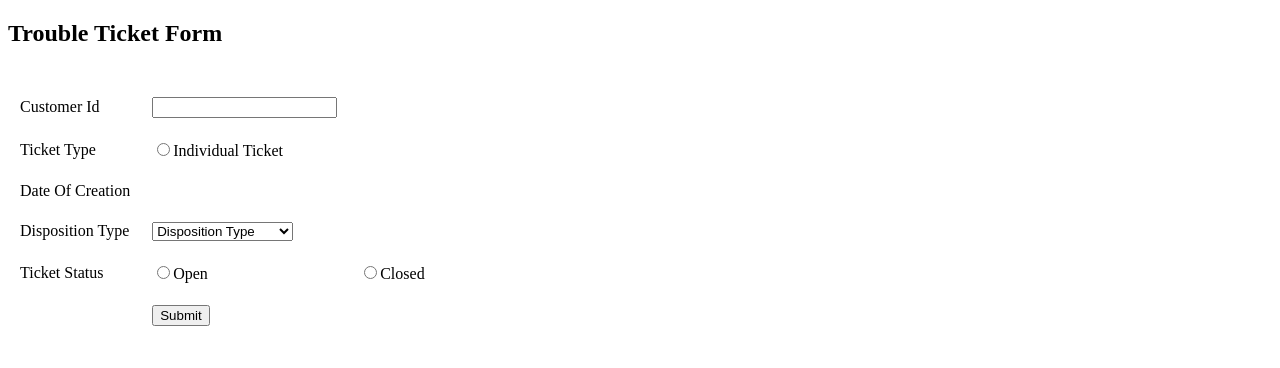
Repository: ApoorvaVeluri/JavaProject
Page: http://localhost/userinterface/Input.jsp
These files come from the project's save history. The page is drawn as it stood at one moment and after the next save; the edit follows.
The browser window is 1280 px wide. The pictures show the whole page.
The page is served by Tomcat 9.

Above is the page before, as saved 2015-08-20 11:24:28.

After the next save:
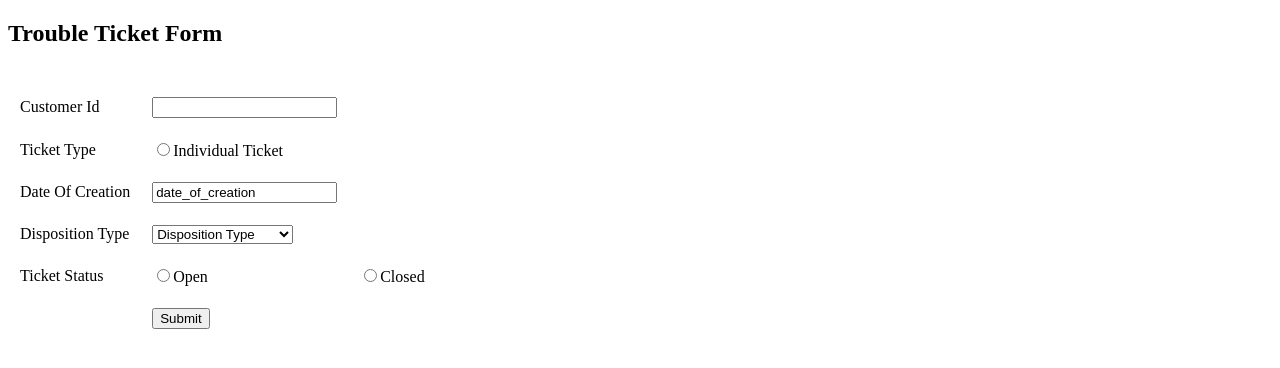
Saved 75 s later.
--- a/html/userinterface/WebContent/Input.jsp
+++ b/html/userinterface/WebContent/Input.jsp
@@ -27,7 +27,7 @@
 
 			<tr>
 				<td>Date Of Creation</td>
-				<td><input type="hidden" id="date" name="Date_of_creation" value="dd/mm/yy"/></td>
+				<td><input type="text"  name="date_of_creation" value="date_of_creation" value="mm/dd/yy"/></td>
 			</tr>
 
 			<tr>
